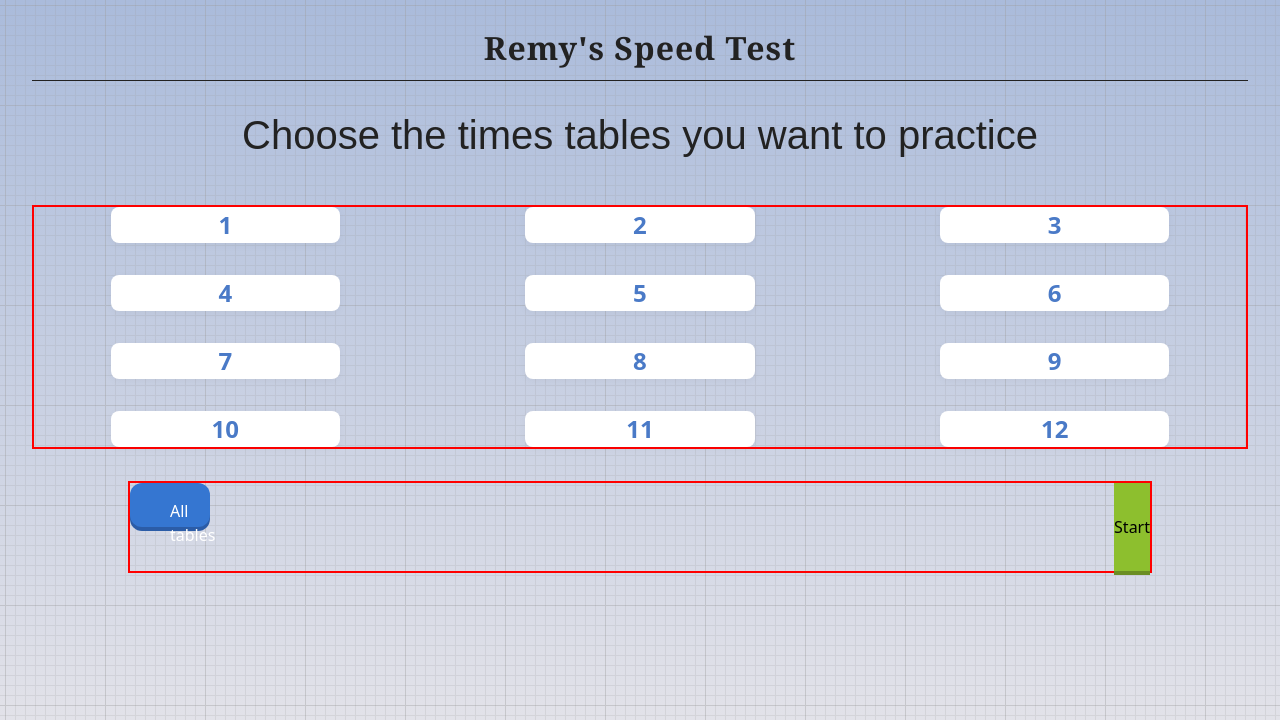
Repository: Chinurum-Omenuko/remys-speed-test
Page: / (app in app/)
An editor plug-in stored every save of this project. The page is shown before and after the next save, followed by the edit.
The browser window is 1280 px wide. The pictures show the whole page.
The project was rebuilt for these pictures with package versions that can differ from the ones it lists, and the page was loaded fresh each time. The framework's server and built-in components were replaced by stand-ins that run in the browser. Also part of the build but not shown: app/svelte.config.js, app/vite.config.ts.

Above is the page before, as saved 2025-11-17 13:40:38.

### app/src/routes/+page.svelte

<script lang="ts">
	import { goto } from "$app/navigation";
	import { GameStore } from "../stores/gameStore.svelte";

	let store = GameStore;
	let chosenTables = store.getTables()
	const tables = Array.from({ length: 12 }, (_, i) => i + 1);

	function selectTable(table: number) {
		store.addTables(table)
	}

	function allTables(){
		tables.forEach(table => {
			let index = chosenTables.indexOf(table)
			if(!chosenTables.includes(table)){
				selectTable(table)
				return
			}
			chosenTables.splice(index, 1)
		});
	}


	function start() {
		store.generateQuestions(chosenTables)
		goto("/test")
	}



	function lastResults() {
		alert('Show last results');
	}
</script>
<div class="landing-bg">
	<div style="padding: 1.5rem 2rem 0 2rem;">
		<h1 class="title">Remy's Speed Test</h1>
		<div class="dotted"></div>
		<h2 class="subtitle">Choose the times tables you want to practice</h2>
		<div class="content">
			<div class="tables-grid">
				{#each tables as table}
					<button
						type="button"
						class="table-btn {chosenTables.includes(table) ? 'selected' : ''}"
						on:click={() => {

							selectTable(table)
							}}
						aria-pressed={chosenTables[table] === table}
					>
						{table}
					</button>
				{/each}
			</div>
			<div class="actions">
				<div class="left-actions">
					{#if chosenTables.length == 12}
						<button class="blue-btn btn" on:click={allTables}>Deselect All Tables</button>
					{:else}
						<button class="blue-btn btn" on:click={allTables}>All tables</button>
					{/if}
				</div>
				<button class="green-btn" on:click={start}>Start</button>
			</div>
		</div>
	</div>
</div>

<style>
	.landing-bg {


		background-image:url("data:[embedded picture, 1695 characters]"), linear-gradient(180deg, #aabbdb, #e2e2e9);
		min-height: 100vh;
		max-width: 100vw;
		padding: 0;
		margin: 0;
	}
	.title {
		font-size: 2rem;
		font-weight: 700;
		margin: 0 0 0.5rem 0;
		letter-spacing: 1px;
		color: #222;
		font-family: Georgia, 'Times New Roman', Times, serif;
		text-align: center;
	}
	.dotted {
		border-bottom: 1px solid #222;
		margin-bottom: 1.5rem;
	}
	.subtitle {
		font-size: clamp(1rem, 5vw, 2.5rem);
		font-weight: 100;
		margin-bottom: 2.5rem;
		text-align: center;
		color: #222;
		font-family: Arial, Helvetica, sans-serif;
	}

	.content{
		display: flex;
		flex-direction: column;
		/* border: solid 2px red; */
		justify-content: start;
		align-items: center;
		max-width: 100vw;
		min-height: 50vh;
	}
	.tables-grid {
		display: grid;
		grid-template-columns: repeat(6, 1fr);
		gap: 2rem;
		/* border: solid 2px green; */
		width: 100%;
	}
	.table-btn {
		background: #fff;
		border-radius: 8px;
		font-size: 2.5rem;
		font-weight: 700;
		color: #4a7ac7;
		width: 60%;
		height: 100%;
		display: flex;
		align-items: center;
		justify-content: center;
		cursor: pointer;
		transition: box-shadow 0.2s, border 0.2s;
		margin: 0 auto;
		box-shadow: 0 2px 8px rgba(0,0,0,0.04);
	}
	.table-btn.selected {
		border: 3px solid #2e5eaa;
		background: #eaf1ff;
		color: #2e5eaa;
	}
	.actions {
		display: flex;
		justify-content: space-between;
		align-items: flex-end;
		max-width: 1200px;
		margin: 2rem auto 0 auto;
	}
	.left-actions {
		display: flex;
		flex-direction: column;
		gap: 1.2rem;
	}

	.btn {
		width: 50%;
		height: 50%;
		color: #fff;
		border-radius: 12px;
		padding: 1rem 2.5rem;
		cursor: pointer;
		margin-bottom: 0.5rem;
	}
	.blue-btn {
		background:  #3576d1;
		border: none;
		box-shadow: 0 4px 0 #2b5ca7;
		transition: background 0.2s;
	}
	.blue-btn:active {
		background: #3576d1;
	}
	.green-btn {
		background: #8dbf2e;
		border: none;
		box-shadow: 0 4px 0 #6b8e23;
		margin-left: 1rem;
		transition: background 0.2s;
	}
	.green-btn:active {
		background: #8dbf2e;
	}

	/* 640px: small tablet */
	@media (min-width: 340px) {
		.tables-grid {
			grid-template-columns: repeat(3, 1fr);
			border: solid 2px red;
		}
		.table-btn {
			font-size: 1.5rem;
		}
		.actions {
			flex-direction: row;
			align-items: stretch;
			gap: 2rem;
			border: solid 2px red;
			width: 80vw;
		}
	}
	@media (min-width: 640px) {
		.tables-grid {

		}
		.table-btn {

		}
		.actions {

		}
	}

	/* 768px: tablet portrait */
	/* @media (min-width: 768px) {
		.tables-grid {
			grid-template-columns: repeat(3, 1fr);
			border: red;
		}
		.table-btn {
			width: 100px;
			height: 80px;
			font-size: 1.5rem;
		}
		.actions {
			flex-direction: column;
			align-items: stretch;
			gap: 2rem;
		}
	} */

	/* 1024px: tablet landscape / small laptop */
	/* @media (min-width: 1024px) {
		.tables-grid {
			grid-template-columns: repeat(4, 1fr);
		}
		.table-btn {
			width: 140px;
			height: 110px;
			font-size: 2rem;
		}
		.actions {
			flex-direction: row;
			align-items: center;
			gap: 1rem;
		}
	} */

	/* @media (min-width: 1200px) and (max-height: 700px) {

	} */


	/* 1280px: laptop */
	/* @media (min-width: 1280px) {} */

	/* 1536px: large desktop */
	/* @media (min-width: 1536px) {} */




</style>

### app/src/stores/gameStore.svelte.ts
import { writable } from "svelte/store";
import { createQuestions } from "../utils/gameUtils";

function createGameStore(){
    let allQuestions = $state<any[]>([])
    let selectedTables: number[] = $state([])


    return{
        selectedTables,
        get allQuestions(){
            return allQuestions;
        },
        clearSelectedTables: () => {
            selectedTables = []
        },
        getTables: () => selectedTables,
        addTables: (table: number) => {
            let index = selectedTables.indexOf(table)

            if(!selectedTables.includes(table)){
                selectedTables.push(table)
                return
            }

            selectedTables.splice(index,1)

        },
        generateQuestions: (table: number[]) => {
            let questions = createQuestions(table)

            let flat = Object.values(questions).flat();
            allQuestions = [...allQuestions, ...flat];


        },

        removeQuestions: () => allQuestions = []
    }
}

export const GameStore = createGameStore()

### app/src/utils/gameUtils.ts
function makeQuestionObject(table: number){
    let questionsObjectArray = []
    for (let i = 1; i <= 12; i++){
        let question = {
            id: table + '-' + i,
            table: table,
            multiplier: i,
            question: `${table} x ${i}`,
            answer: table * i
        };
        questionsObjectArray.push(question);
    }
    return questionsObjectArray;
}

export function createQuestions(timeTable: number[]){
    let questions = {};

    timeTable.forEach(table => {
        let objectArray = makeQuestionObject(table)
        questions[table] = objectArray
    });
    return questions
}

Loaded but not shown: app/src/app.html (common file); app/src/routes/+layout.svelte (common file); app/src/app.css (common file)

After the next save:
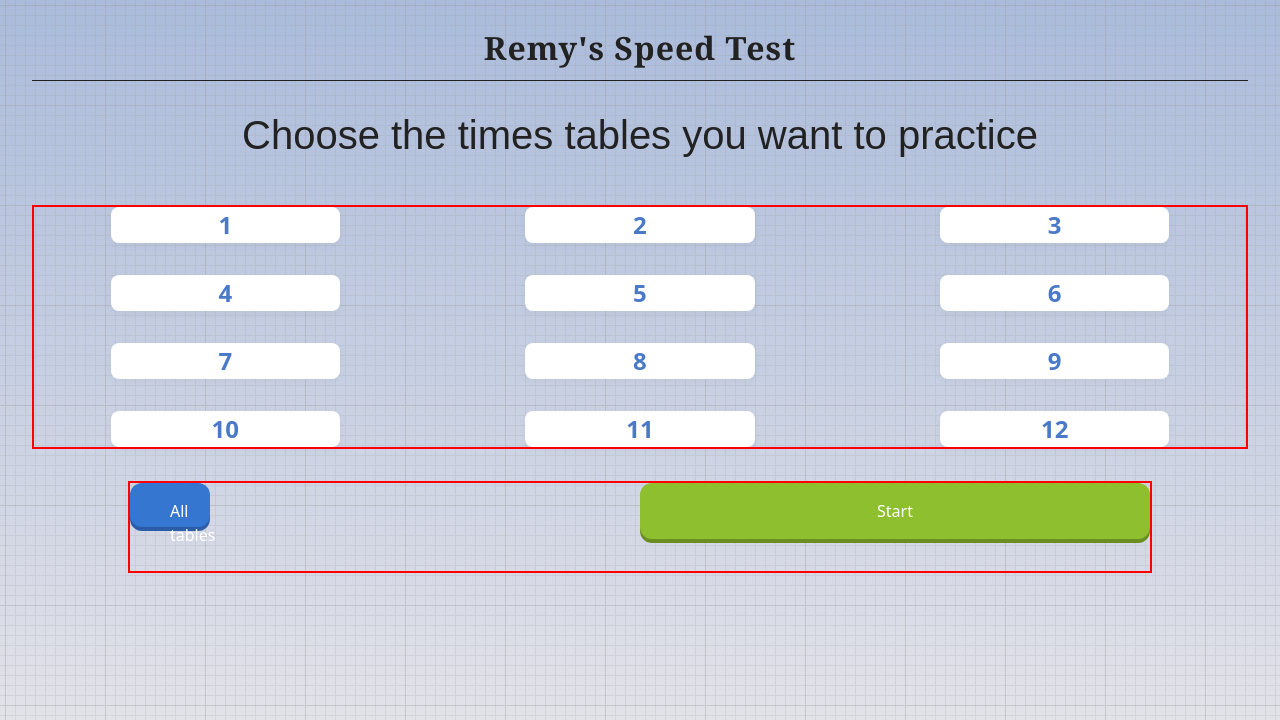
Saved 10 s later.
--- a/app/src/routes/+page.svelte
+++ b/app/src/routes/+page.svelte
@@ -63,7 +63,7 @@
 						<button class="blue-btn btn" on:click={allTables}>All tables</button>
 					{/if}
 				</div>
-				<button class="green-btn" on:click={start}>Start</button>
+				<button class="green-btn btn" on:click={start}>Start</button>
 			</div>
 		</div>
 	</div>
